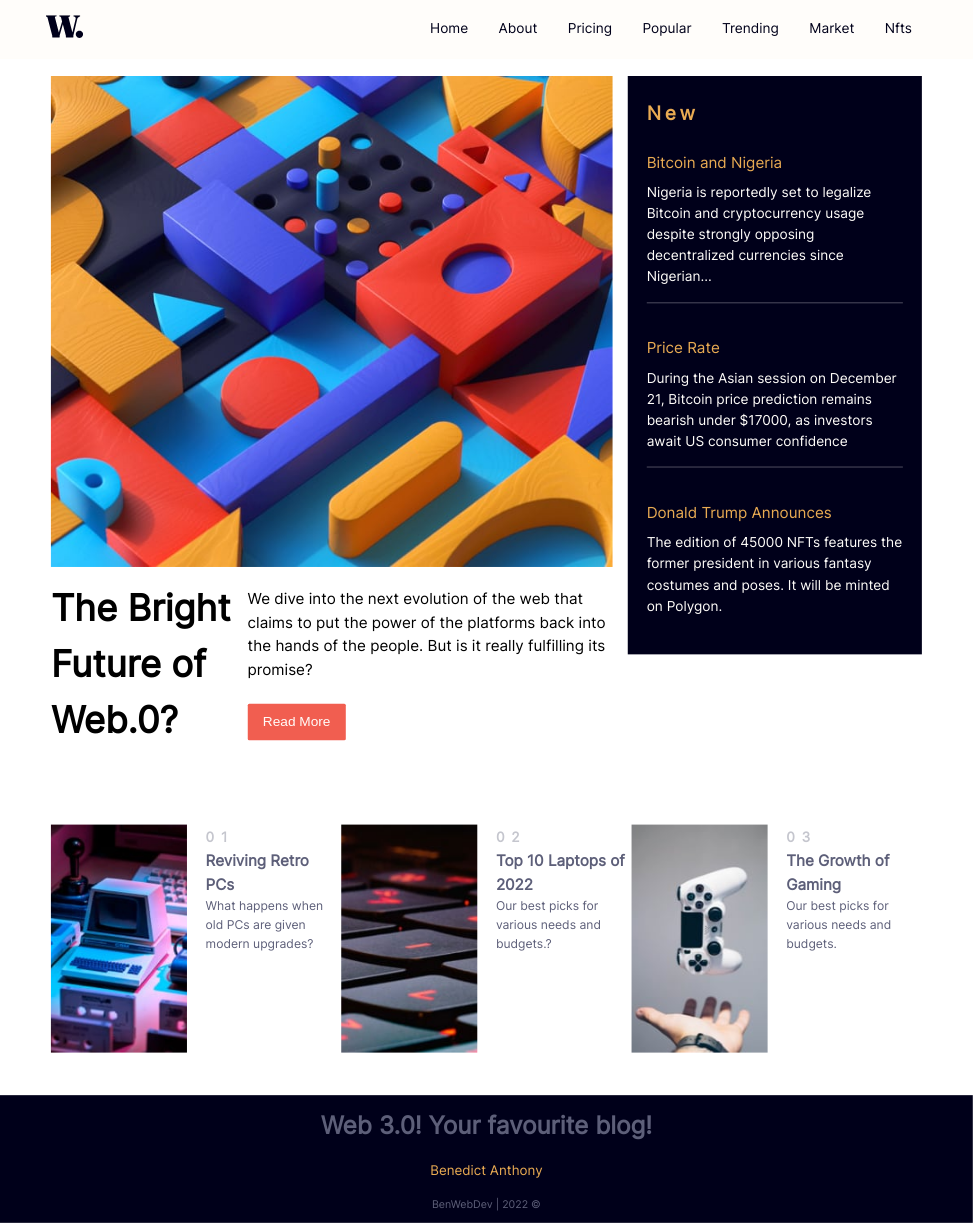
Repository: Benedict-Anthony/web3.0-blog-chain
Page: /
An editor plug-in stored every save of this project. The page is shown before and after the next save, followed by the edit.
The browser window is 1280 px wide. The pictures show the whole page, at 76% of full size.
The project was rebuilt for these pictures with package versions that can differ from the ones it lists, and the page was loaded fresh each time. The framework's server and built-in components were replaced by stand-ins that run in the browser. Also part of the build but not shown: next.config.js, styles/styles.css.

Above is the page before, as saved 2022-12-23 01:32:35.

After the next save:
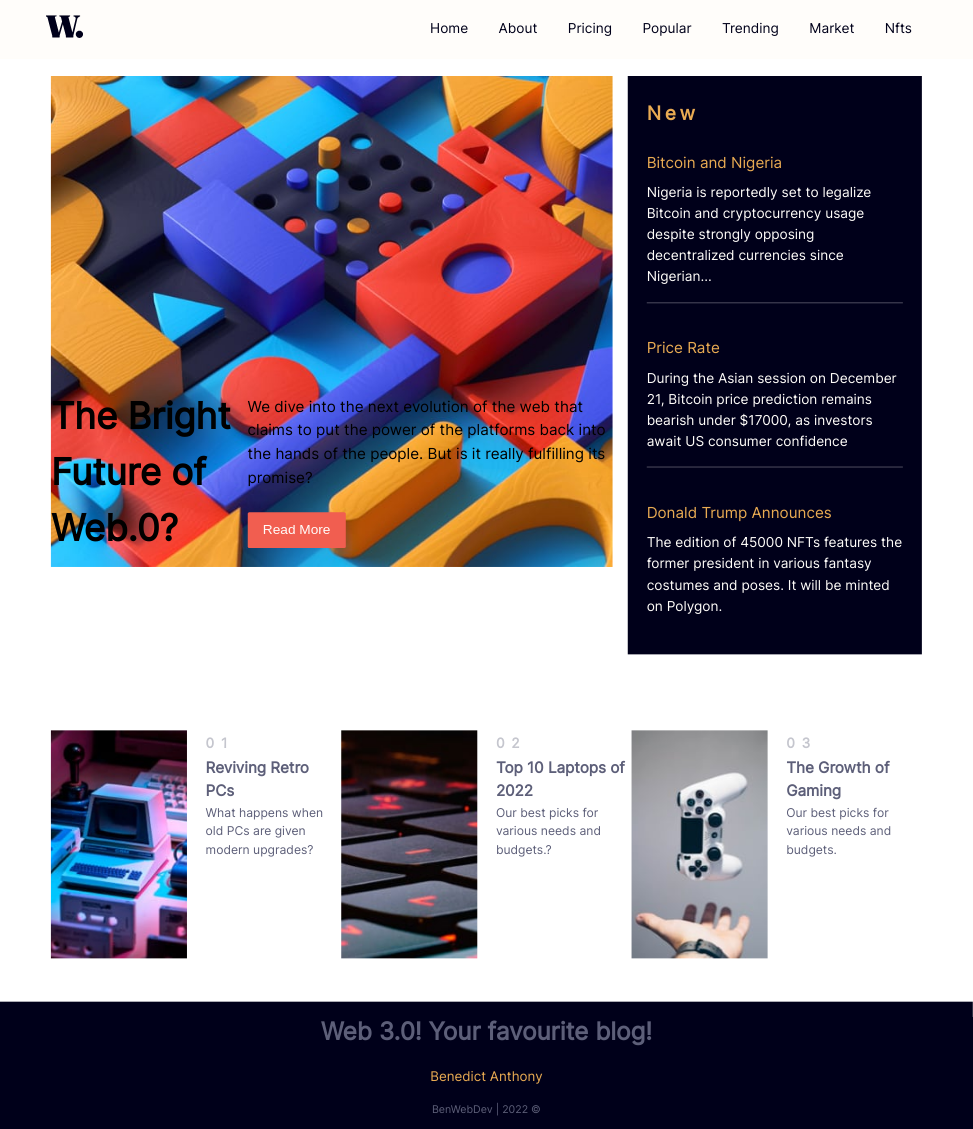
Saved 2 min 40 s later.
--- a/styles/showcase.module.scss
+++ b/styles/showcase.module.scss
@@ -24,6 +24,8 @@
 
 .showcaseImage{
     width: 100%;
+    height: 400px;
+    background:url("/landing/assets/images/image-web-3-mobile.jpg") no-repeat center/cover;
 
     img{
         width: 100%;
